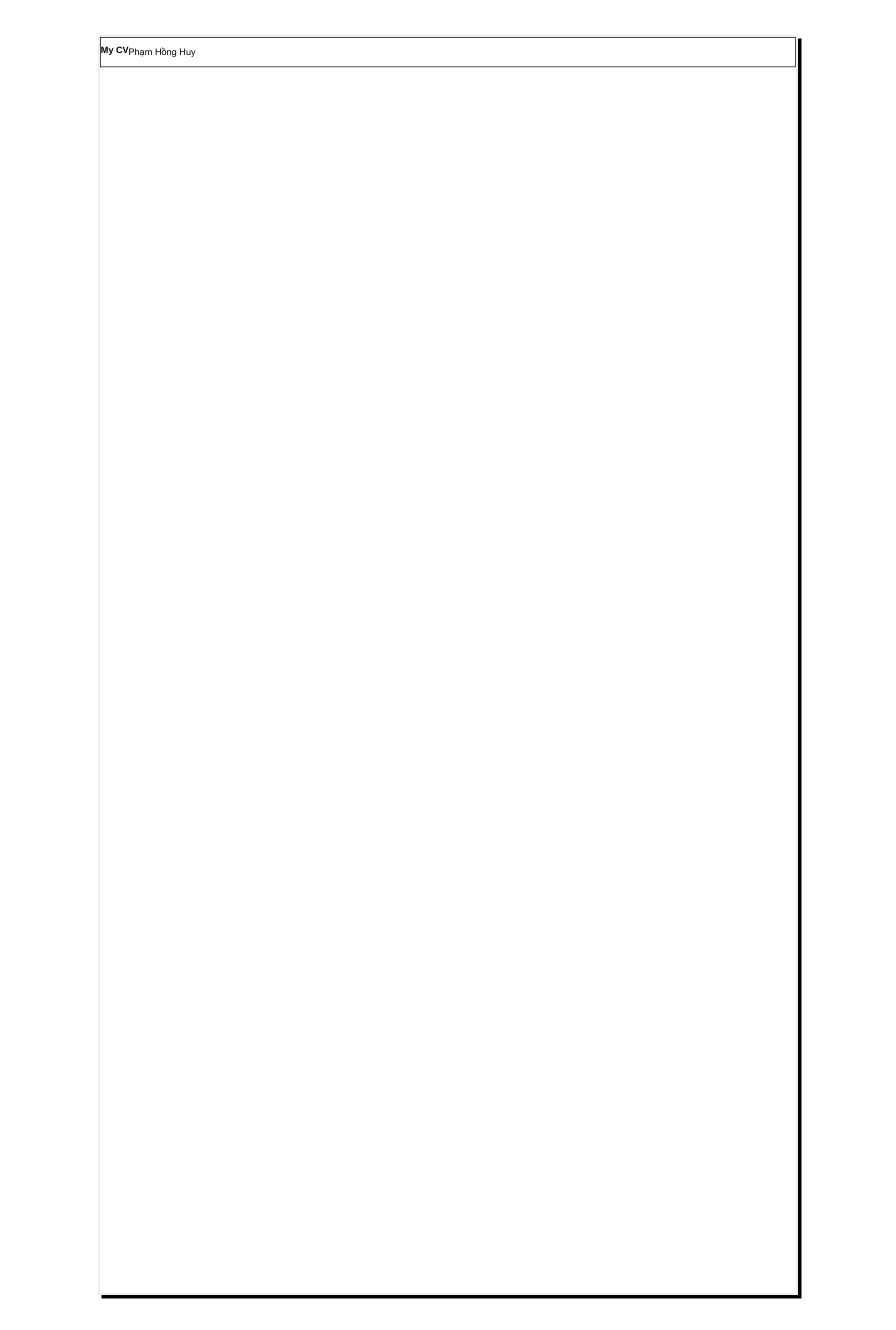
Repository: phamhonghuy/bookstore
Page: index.html
An editor plug-in stored every save of this project. The page is shown before and after the next save, followed by the edit.
The browser window is 1280 px wide. The pictures show the whole page, at 70% of full size.

Above is the page before, as saved 2021-10-08 23:07:53.

After the next save:
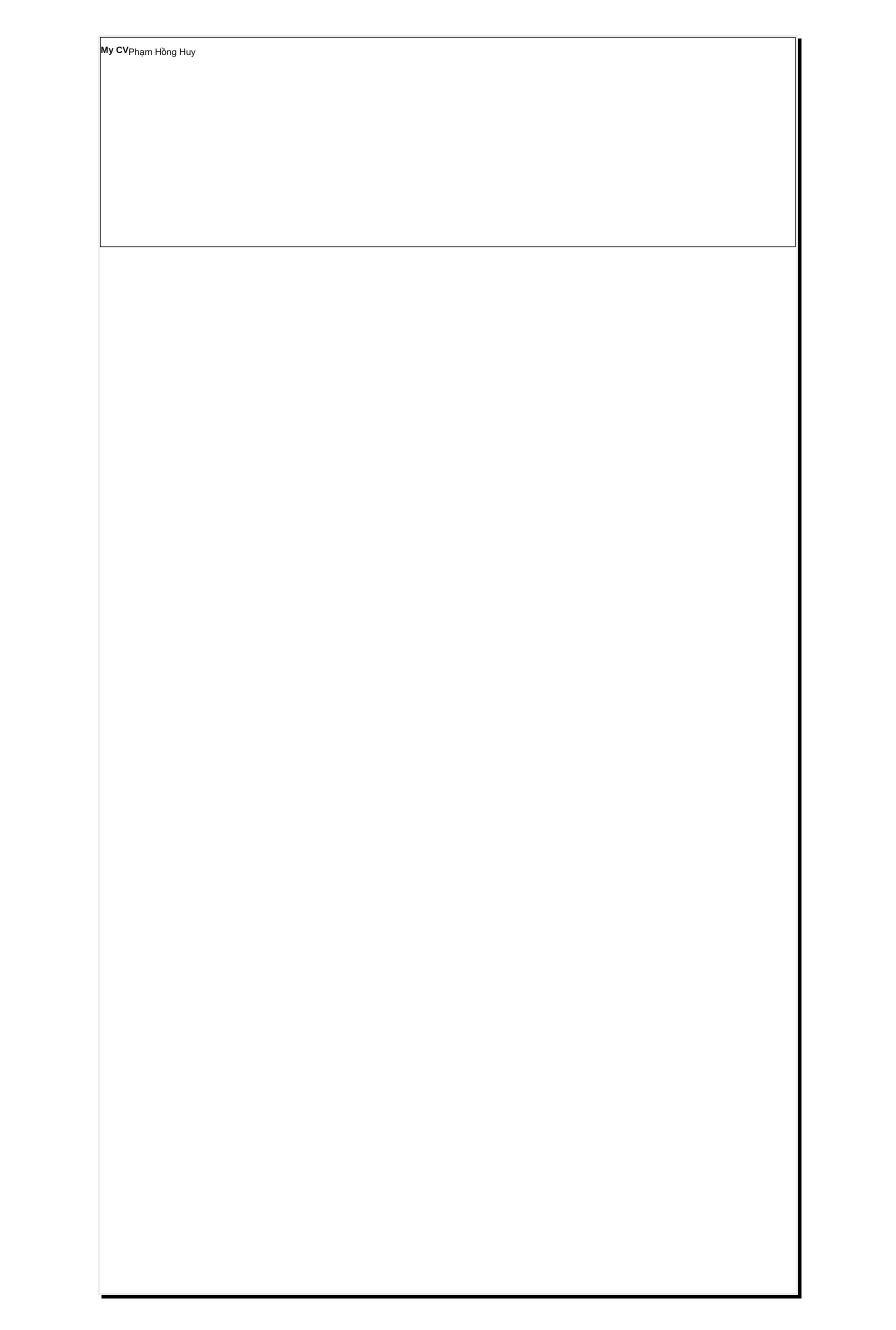
Saved 6 s later.
--- a/css/style.css
+++ b/css/style.css
@@ -18,7 +18,7 @@ body {
 
 .header{
     display: flex;
-    height: ;
+    height:300px ;
     border: 1px solid rgb(0, 0, 0);
 
 }
